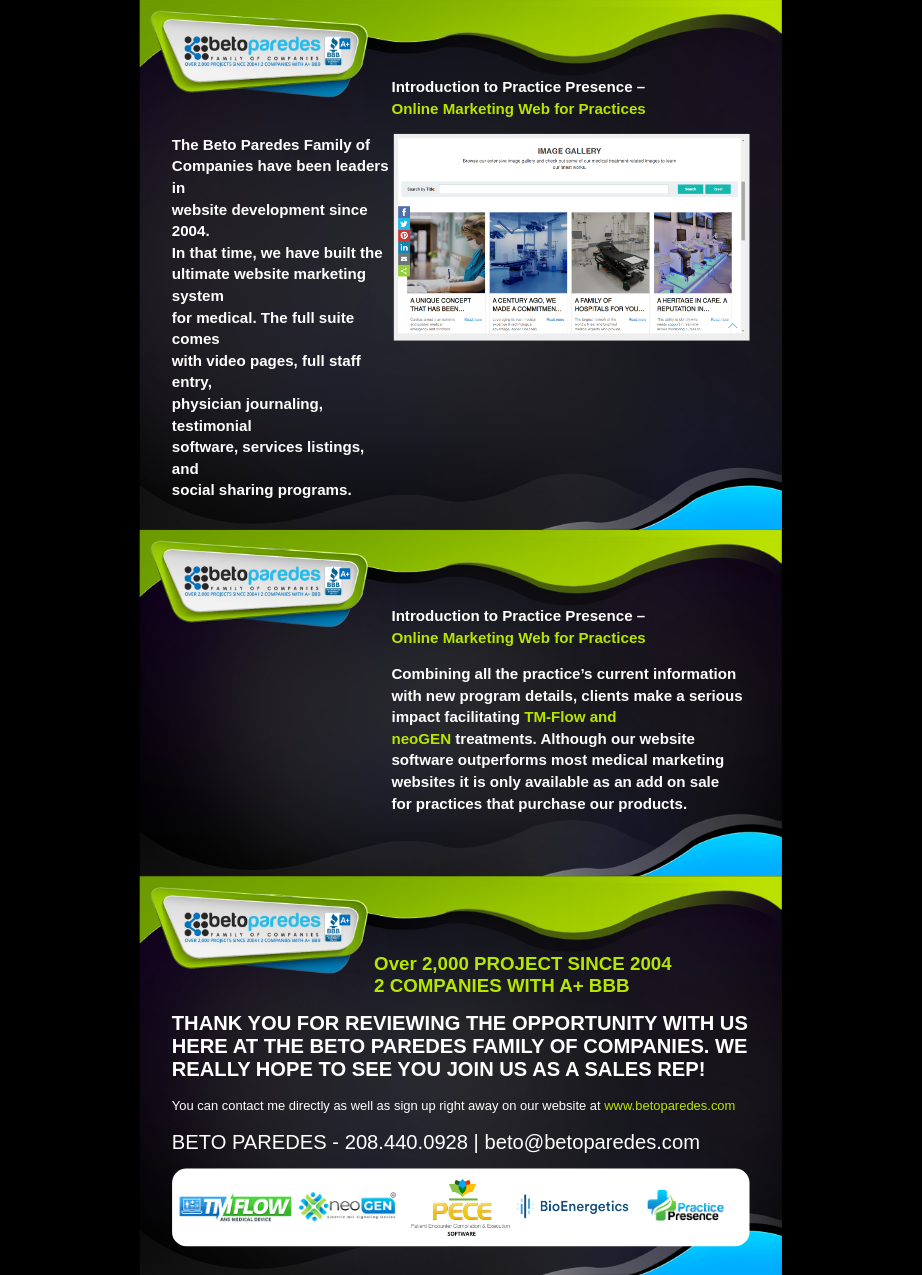
Repository: koushikbiswas/Beto_Paredes_Family_Opportunities_Intro_Deck
Page: slide29.html
An editor plug-in stored every save of this project. The page is shown before and after the next save, followed by the edit.
The browser window is 1280 px wide. The pictures show the whole page, at 72% of full size.

Above is the page before, as saved 2021-12-21 17:55:00.

### slide29.html
<!DOCTYPE html>
<html lang="en">
<head>
    <meta charset="UTF-8">
    <meta http-equiv="X-UA-Compatible" content="IE=edge">
    <meta name="viewport" content="width=device-width, initial-scale=1.0">
    <title>Document</title>
    <link rel="stylesheet" href="assets/css/slide.css">
</head>
<body>
    <!-- -----------START SLIDE 27 HTML----------- -->
    <div class="pdfhomepagemain slide27">
        <div class="pdfmaincontainer">
            <div class="pdfheaderblock">
                <div class="pdfheaderblockinner">
                    <div class="pdflogowrapper">
                        <img src="assets/images/common/pdflogo.png" alt="logo">
                    </div>
                </div>
            </div>
            <div class="pdfmaincontent">
                <div class="pdfmaincontentinner">
                    <p>Introduction to Practice Presence – <br><span>Online Marketing Web for Practices</span></p>
                    <div class="pdfmaincontentinnerbottom">
                        <div class="pdfmaincontentinnerbottominner">
                            <p>The Beto Paredes Family of <br>Companies have been leaders in <br>website development since 2004. <br>In that time, we have built the <br>ultimate website marketing system <br>for medical. The full suite comes <br>with video pages, full staff entry, <br>physician journaling, testimonial <br>software, services listings, and <br>social sharing programs.</p>
                        </div>
                        <div class="pdfmainimgwrapper">
                            <img src="assets/images/slide27-screenimg.png" alt="slide27 screenimg">
                        </div>
                    </div>
                </div>
            </div>
            <div class="pdffooterblock">
            </div>
        </div>
    </div> <!-------------END SLIDE 27 HTML------------->

    <!-- -----------START SLIDE 28 HTML----------- -->
    <div class="pdfhomepagemain slide28">
        <div class="pdfmaincontainer">
            <div class="pdfheaderblock">
                <div class="pdfheaderblockinner">
                    <div class="pdflogowrapper">
                        <img src="assets/images/common/pdflogo.png" alt="logo">
                    </div>
                </div>
            </div>
            <div class="pdfmaincontent">
                <div class="pdfmaincontentinner">
                    <p>Introduction to Practice Presence – <br><span>Online Marketing Web for Practices</span></p>
                    <p class="parabottom">Combining all the practice’s current information <br>with new program details, clients make a serious <br>impact facilitating <span>TM-Flow and <br>neoGEN</span> treatments. Although our website <br>software outperforms most medical marketing <br>websites it is only available as an add on sale <br>for practices that purchase our products.</p>
                </div>
            </div>
            <div class="pdffooterblock">
            </div>
        </div>
    </div> <!-------------END SLIDE 28 HTML------------->
    <!-- -----------START SLIDE 29 HTML----------- -->
    <div class="pdfhomepagemain slide29">
        <div class="pdfmaincontainer">
            <div class="pdfheaderblock">
                <div class="pdfheaderblockinner">
                    <div class="pdflogowrapper">
                        <img src="assets/images/common/pdflogo.png" alt="logo">
                    </div>
                </div>
            </div>
            <div class="pdfmaincontent">
                <div class="pdfmaincontentinner">
                    <h2><span>Over</span> 2,000 PROJECT SINCE 2004 <br>2 COMPANIES WITH A+ BBB</h2>
                    <h1>THANK YOU FOR REVIEWING THE OPPORTUNITY WITH US HERE AT THE BETO PAREDES FAMILY OF COMPANIES. WE REALLY HOPE TO SEE YOU JOIN US AS A SALES REP!</h1>
                    <p>You can contact me directly as well as sign up right away on our website at <a href="https://www.betoparedes.com/" target="_blank">www.betoparedes.com</a></p>
                    <h4>BETO PAREDES - <a href="tel:208.440.0928" target="_top">208.440.0928</a>  |  <a href="mailto:beto@betoparedes.com" target="_top">beto@betoparedes.com</a></h4>
                    <div class="logolists">
                        <div class="logoimg">
                            <img src="assets/images/slide29-tmflowlogo.png" alt="tmflowlogo">
                        </div>
                        <div class="logoimg">
                            <img src="assets/images/slide29-neogenlogo.jpg" alt="neogenlogo">
                        </div>
                        <div class="logoimg">
                            <img src="assets/images/slide29-pecelogo.png" alt="pecelogo">
                        </div>
                        <div class="logoimg">
                            <img src="assets/images/slide29-biologo.jpg" alt="biologo">
                        </div>
                        <div class="logoimg">
                            <img src="assets/images/slide29-practiceogo.png" alt="practiceogo">
                        </div>
                    </div>
                </div>
            </div>
            <div class="pdffooterblock">
            </div>
        </div>
    </div>    <!-- -----------END SLIDE 29 HTML----------- -->

</body>
</html>

### assets/css/slide.css

a{color:var(--links);text-decoration:none;background-color:transparent;-webkit-text-decoration-skip:objects}
.clear{clear:both;overflow:hidden}
.pdfhomepagemain img{border:0 !important;outline:0 !important}
.pdfhomepagemain a img{outline:none}
a{outline:none;cursor:pointer}
a:active,a:focus{outline:none}
:active,:focus{outline:none;-moz-outline-style:none}
:link:focus,:visited:focus{outline:none}
html{overflow-y:scroll;overflow-x:hidden;}
html,body{height:100%;width:100%;position:relative;font-family: 'Arial', sans-serif;}
button{cursor: pointer;word-wrap:break-word!important;white-space:unset!important;overflow-wrap:break-word;word-wrap:break-word;word-break:break-word;line-height:normal!important}
body{background-color: #000;margin: 0;}

.pdfhomepagemain{margin: 0;padding: 0;}
.pdfmaincontainer{margin: 0 auto;padding: 0;display: block;width:892px;background-image: url(../images/common/pdfbgoverlay.png);background-repeat: no-repeat;background-position:center center;-webkit-background-size: cover;-moz-background-size: cover;-o-background-size: cover;background-size: cover;display:block;position: relative;padding-bottom: 40px;}
.pdfheaderblock{margin: 0 auto;padding: 0;display: block;width:100%;background-image: url(../images/common/pdfheaderbg.png);background-repeat: no-repeat;background-position:left top;-webkit-background-size: 100% auto;-moz-background-size: 100% auto;-o-background-size: 100% auto;background-size: 100% auto;display:block;min-height: 106px;}
.pdfheaderblockinner{padding:15px}
.pdffooterblock{margin: 0 auto;padding: 0;display: block;width:100%;background-image: url(../images/common/pdffooterrbg.png);background-repeat: no-repeat;background-position:left top;-webkit-background-size: 100% auto;-moz-background-size: 100% auto;-o-background-size: 100% auto;background-size: 100% auto;display:block;min-height: 87px;position: absolute;bottom: 0;}
.pdfmaincontent{position: relative;z-index: 9;}
.pdfmaincontentinner{width: 90%;margin: 0 auto;padding: 0;display: block;}

.pdfheaderblock .pdflogowrapper{width: 302px;display: block;}
.pdfheaderblock .pdflogowrapper img{width:100%}
.pdfmaincontent h2{margin: 0;padding: 0;color:#b6e600;text-transform: uppercase;}
.pdfmaincontent h2 span{text-transform: capitalize;}
.pdfmaincontent h1{margin: 0;padding: 0;color:#fff;text-transform: uppercase;}
.pdfmaincontent p{margin: 0;padding: 0;color:#fff;line-height: 30px;}
.pdfmaincontent h4{margin: 0;padding: 0;color:#fff;}


/*-----------START SLIDE 27 CSS-----------*/
.slide27 .pdfmaincontent p{padding-left: 38%;margin-top: -6%;font-size: 21px;font-weight: 600;line-height: 30px;}
.slide27 .pdfmaincontent p span{color:#b6e600;}
.slide27 .pdfmaincontent .pdfmaincontentinnerbottom{margin-top: 20px;display: flex;align-items: flex-start;justify-content: space-between;}
.pdfmaincontentinnerbottominner{width: 44%;}
.pdfmaincontentinnerbottominner p{padding-left: 0 !important;margin-top: 0 !important;font-size: 18px;}
.pdfmaincontentinnerbottom .pdfmainimgwrapper{background-color: #eeeeeeff;padding: 6px;width: 69%;}
.pdfmaincontentinnerbottom .pdfmainimgwrapper img{width:100%}
/*-----------END SLIDE 27 CSS-----------*/

/*-----------START SLIDE 28 CSS-----------*/
.slide28 .pdfmaincontent p{padding-left: 38%;margin-top: -6%;font-size: 21px;font-weight: 600;line-height: 30px;}
.slide28 .pdfmaincontent p span{color:#b6e600;}
.slide28 .pdfmaincontent p.parabottom{margin-top: 20px;margin-bottom: 46px;}
/*-----------END SLIDE 28 CSS-----------*/

/*-----------START SLIDE 29 CSS-----------*/
.slide29 .pdfmaincontent h2{padding-left: 35%;margin-top: -6%;font-size: 26px;}
.slide29 .pdfmaincontent h1{font-size: 28px;margin-top: 20px;margin-bottom:20px}
.slide29 .pdfmaincontent p{font-size: 18px;}
.slide29 .pdfmaincontent p a{color:#b6e600;}
.slide29 .pdfmaincontent h4{font-size: 28px;margin-top: 20px;margin-bottom:20px;font-weight: 500;}
.slide29 .logolists{background-color: #fff;padding: 0px 10px;border-radius: 20px;display: flex;align-items: center;justify-content: space-around;}
.slide29 .logolists .logoimg{flex:1}
.slide29 .logolists .logoimg img{width:100%}
/*-----------END SLIDE 29 CSS-----------*/

After the next save:
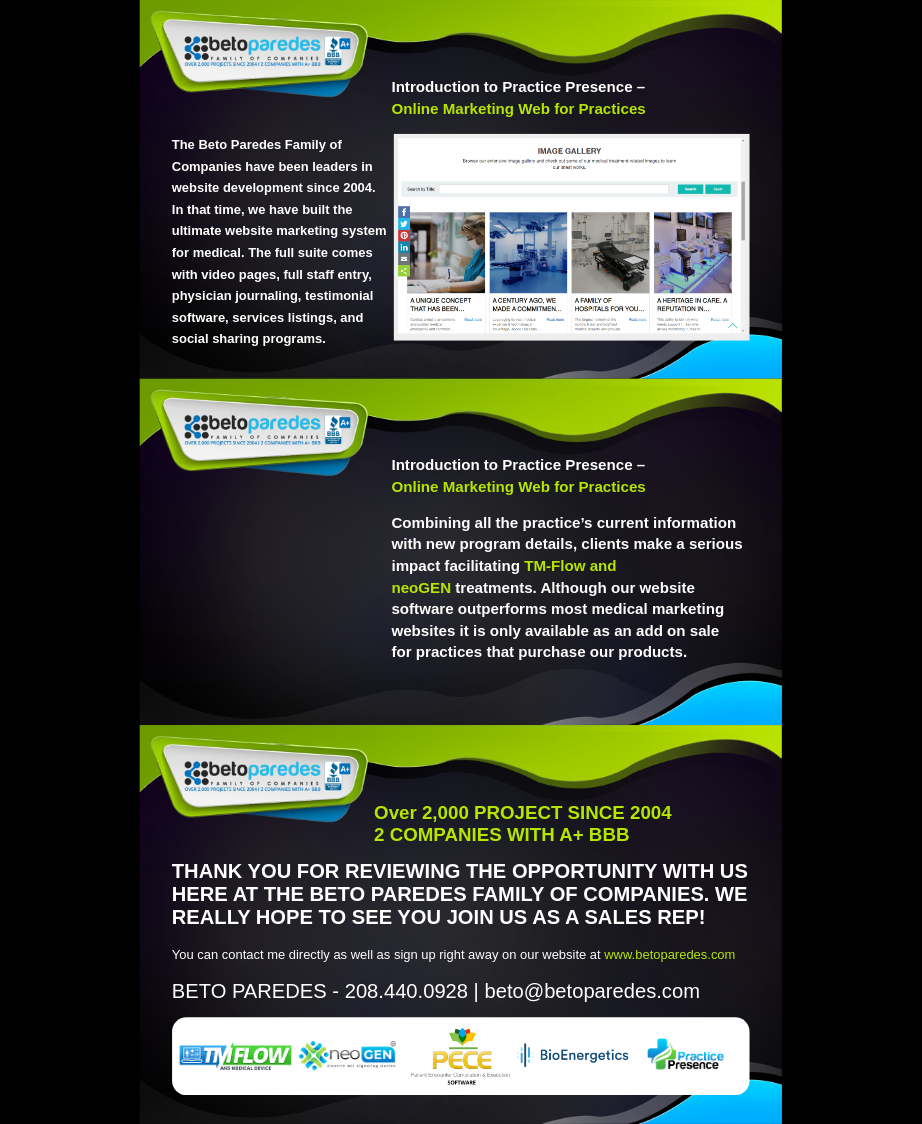
Saved 41 s later.
--- a/assets/css/slide.css
+++ b/assets/css/slide.css
@@ -34,7 +34,7 @@
 .slide27 .pdfmaincontent p span{color:#b6e600;}
 .slide27 .pdfmaincontent .pdfmaincontentinnerbottom{margin-top: 20px;display: flex;align-items: flex-start;justify-content: space-between;}
 .pdfmaincontentinnerbottominner{width: 44%;}
-.pdfmaincontentinnerbottominner p{padding-left: 0 !important;margin-top: 0 !important;font-size: 18px;}
+.pdfmaincontentinnerbottominner p{padding-left: 0 !important;margin-top: 0 !important;font-size: 18px !important;}
 .pdfmaincontentinnerbottom .pdfmainimgwrapper{background-color: #eeeeeeff;padding: 6px;width: 69%;}
 .pdfmaincontentinnerbottom .pdfmainimgwrapper img{width:100%}
 /*-----------END SLIDE 27 CSS-----------*/
